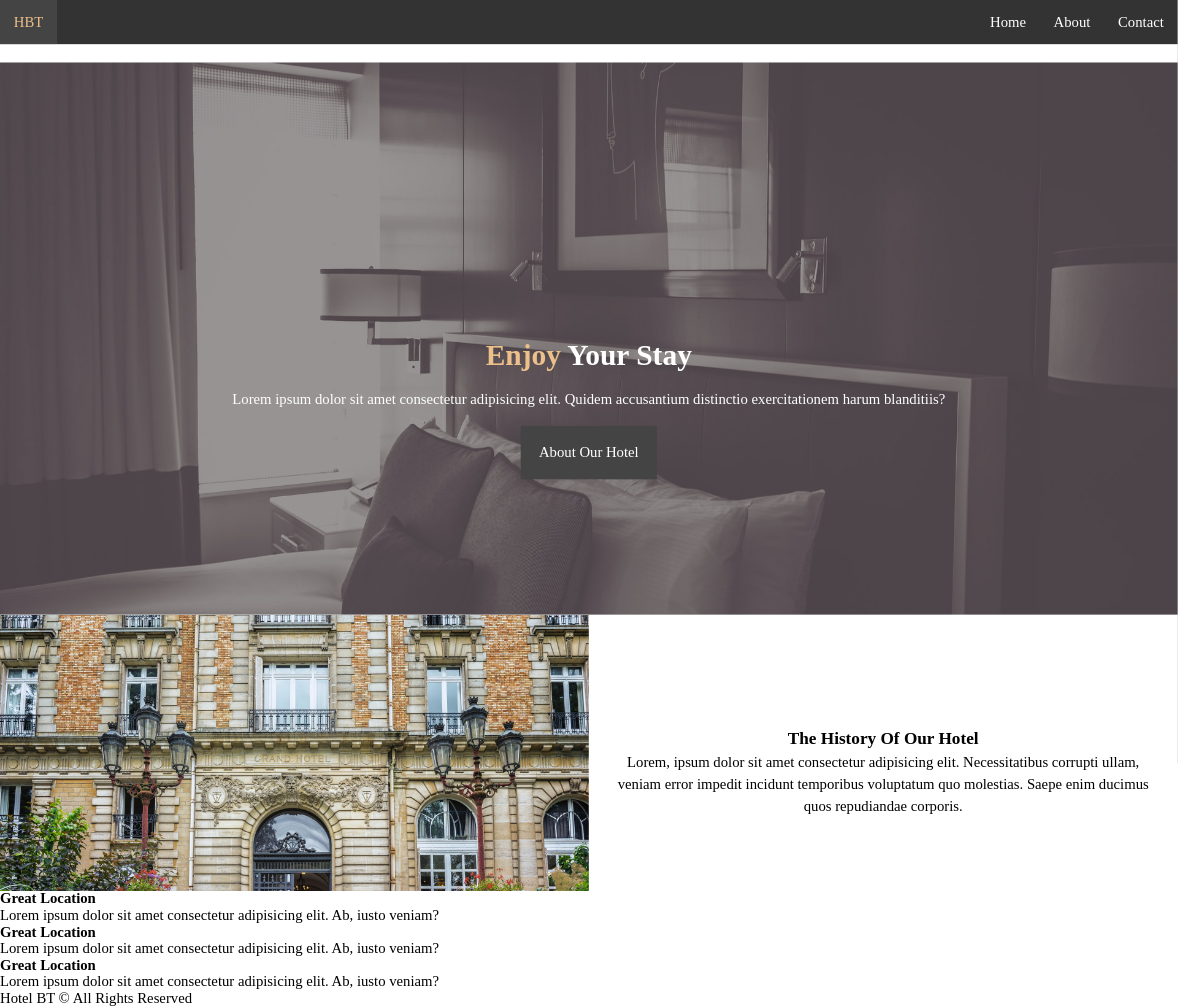
Repository: reemoon-ctrl/hotel-website
Page: 35 - hotel-website/index.html
An editor plug-in stored every save of this project. The page is shown before and after the next save, followed by the edit.
The browser window is 1280 px wide. The pictures show the whole page, at 92% of full size.

Above is the page before, as saved 2024-07-21 12:34:29.

### 35 - hotel-website/index.html
<!DOCTYPE html>
<html lang="en">
<head>
    <meta charset="UTF-8">
    <meta name="viewport" content="width=device-width, initial-scale=1.0">
    <title>Document</title>
    <link rel="stylesheet" href="index.css"/>
</head>
<body>
    <header>
        <ul class="nav-bar">
            <li class="title"><a href="">HBT</a></li>
            <li class="bag-nav"><a href=" ">Contact</a></li>
            <li class="bag-nav"><a href="">About</a></li>
            <li class="bag-nav"><a href="">Home</a></li>
        </ul>

    </header>

    <header class="mainheader" >
        <div class="mainheadertxt">
            <h1><span class="fword">Enjoy</span> Your Stay</h1>
            <p>Lorem ipsum dolor sit amet
                consectetur adipisicing elit.
                Quidem accusantium distinctio
                exercitationem harum blanditiis?
            </p>
            <a href="#" >About Our Hotel</a>
        </div>
    </header>

    <main class="main-content">
        <img class="hotelimg"src="img\photo-1.jpg" alt="hotel-img">
        <div class="hotel-disc">
            <h3>The History Of Our Hotel</h3>
            <p>Lorem, ipsum dolor sit amet consectetur adipisicing elit. Necessitatibus corrupti ullam, veniam error impedit incidunt temporibus voluptatum quo molestias. Saepe enim ducimus quos repudiandae corporis.</p>
            <a href="">Read More</a>
        </div>

    </main>

    <aside class="aside-bar">
        <ul>
            <li><h4>Great Location</h4>
                <p>Lorem ipsum dolor sit amet consectetur adipisicing elit. Ab, iusto veniam?</p>
            </li>
            <li><h4>Great Location</h4>
                <p>Lorem ipsum dolor sit amet consectetur adipisicing elit. Ab, iusto veniam?</p>
            </li>
            <li><h4>Great Location</h4>
                <p>Lorem ipsum dolor sit amet consectetur adipisicing elit. Ab, iusto veniam?</p>
            </li>
        </ul>
    </aside>

    <footer>
        <p>Hotel BT &copy; All Rights Reserved</p>

    </footer>

</body>
</html>

### 35 - hotel-website/index.css
*{
    padding: 0px;
    margin: 0px;
    box-sizing: border-box;

}
.nav-bar{
    list-style:none;
    overflow: auto;
    /* clear:both; */
    background: #333333;
}
.title{
    float: left;
}
.bag-nav{
    float: right;
}
.nav-bar li a{
    text-decoration: none;
    padding: 15px;
    display: inline-block;
    color: #fff;
}
.nav-bar li a:hover{
    background: #444444;
    color:#ecc08a;
}

.mainheader{
     background-image: url("img/showcase.jpg")  ;
   /* background-size:cover;


    height: 600px; */


  background-color: #cccccc;
  height: 600px;
  background-position: center;
  background-repeat: no-repeat;
  background-size: cover;
  position: relative;
}
.mainheadertxt{
    margin: auto;
    top:50%;
    position:relative;
    text-align: center;
    margin-top: 20px;
    color:#fff;
}
.mainheadertxt h3{
    font-size:xx-large;

}

.mainheadertxt p{
    margin:20px;
}
.mainheadertxt a{
    position:relative;
    display: block;
    width: fit-content;
    background: #444444;
    text-decoration:none ;
    color: #fff;
    top:50%;
    margin:auto;


    padding: 20px;
}
.fword{
    color:#ecc08a
}
.main-content{
    width:100%;
    height:300px;
    overflow: auto;

}
.hotelimg{
    width:50%;
    float:left;
}
.hotel-disc{
    width:50%;
    float:right;
    text-align: center;
    margin-top:100px;
    line-height: 1.5;
    padding:20px;

}
.hotel-disc a{
    position:relative;
    display: block;
    width: fit-content;

    text-decoration:none ;
    color: #fff;
    padding: 15px;
    margin:auto;
    margin-top: 20px;

}

After the next save:
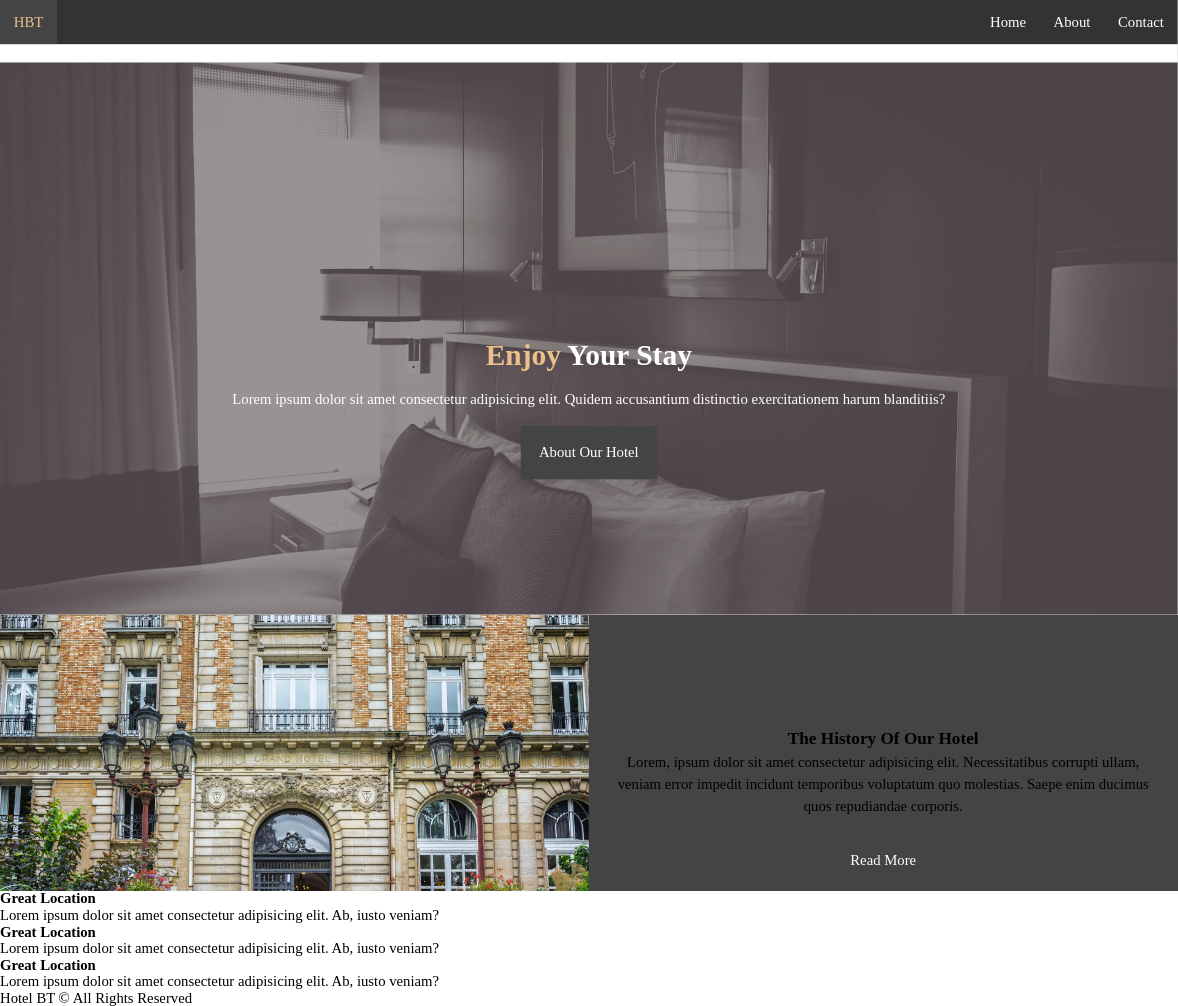
Saved 6 s later.
--- a/35 - hotel-website/index.css
+++ b/35 - hotel-website/index.css
@@ -78,6 +78,7 @@
     width:100%;
     height:300px;
     overflow: auto;
+    background: #444444;
 
 }
 .hotelimg{
